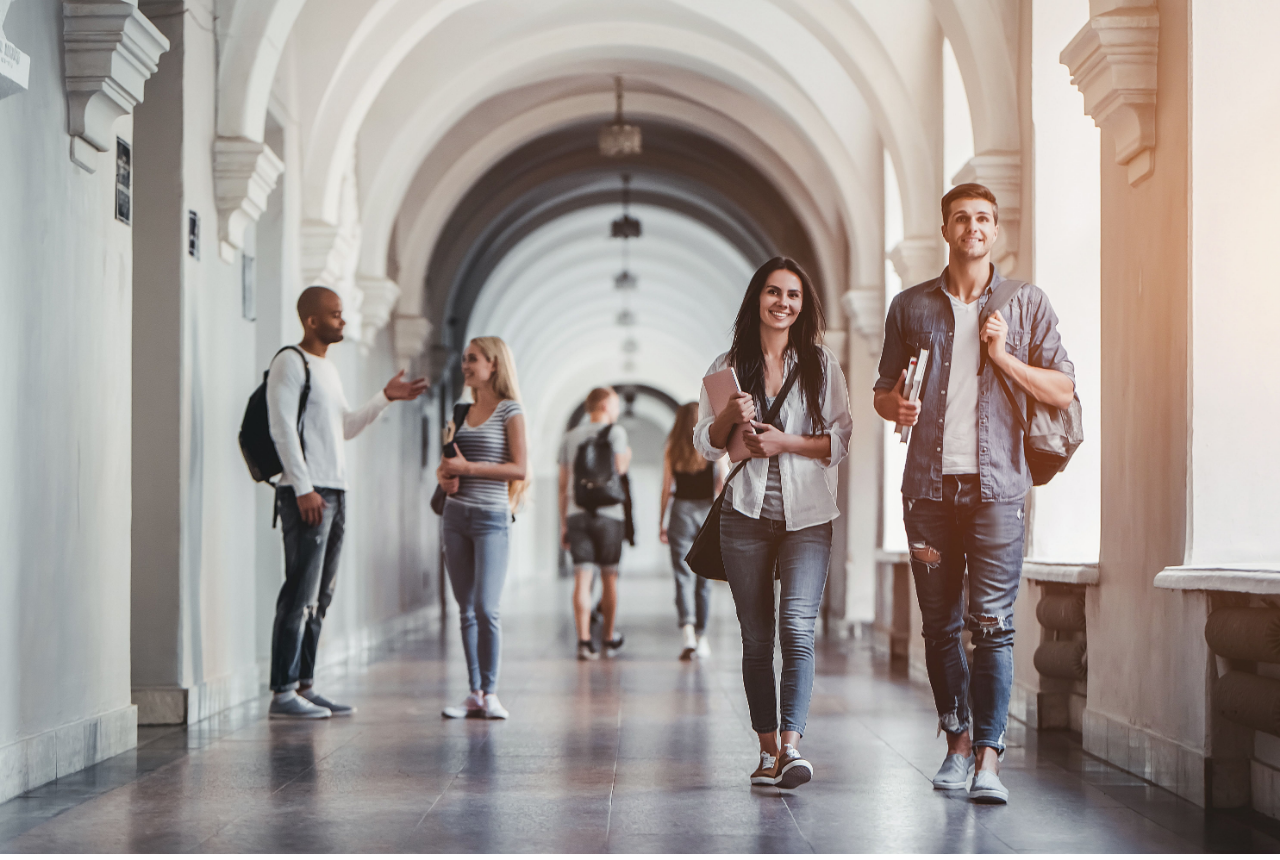
Repository: Fumiyafor20/samurai_HTML-CSS
Page: samurai/home.html
The author's editor kept a record of every edit. The page is drawn from the files as they stood at one moment, then again after the next edit.
The browser window is 1280 px wide. The pictures show the whole page.

Above is the page before.

After the next edit:
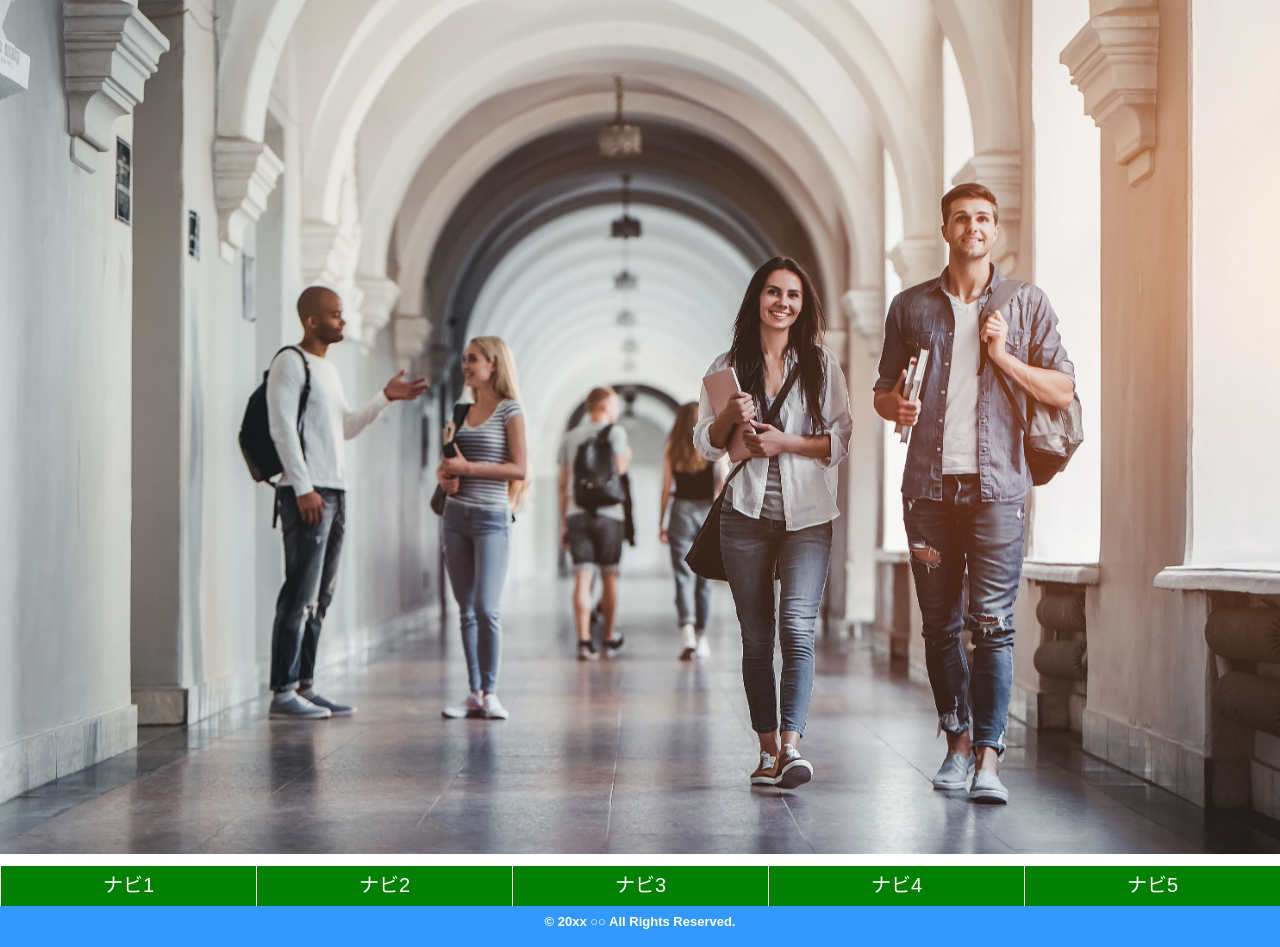
The edit:
--- a/samurai/home.html
+++ b/samurai/home.html
@@ -10,6 +10,18 @@
             <h1><a href="index.html"><img id="corridor" src="images/corridor.jpg" alt="大学の廊下" /></a></h1>
         </div>
         <div id="wrapper">
+            <div id="nav">
+                <ul>
+                    <li><a href="home.html">ナビ1</a></li>
+                    <li><a href="#">ナビ2</a></li>
+                    <li><a href="#">ナビ3</a></li>
+                    <li><a href="#">ナビ4</a></li>
+                    <li><a href="#">ナビ5</a></li>
+                </ul>
+            </div>
+        </div>
+        <div id="footer">
+            <p>&copy; 20xx ○○ All Rights Reserved.</p>
         </div>
     </body>
 </html>
